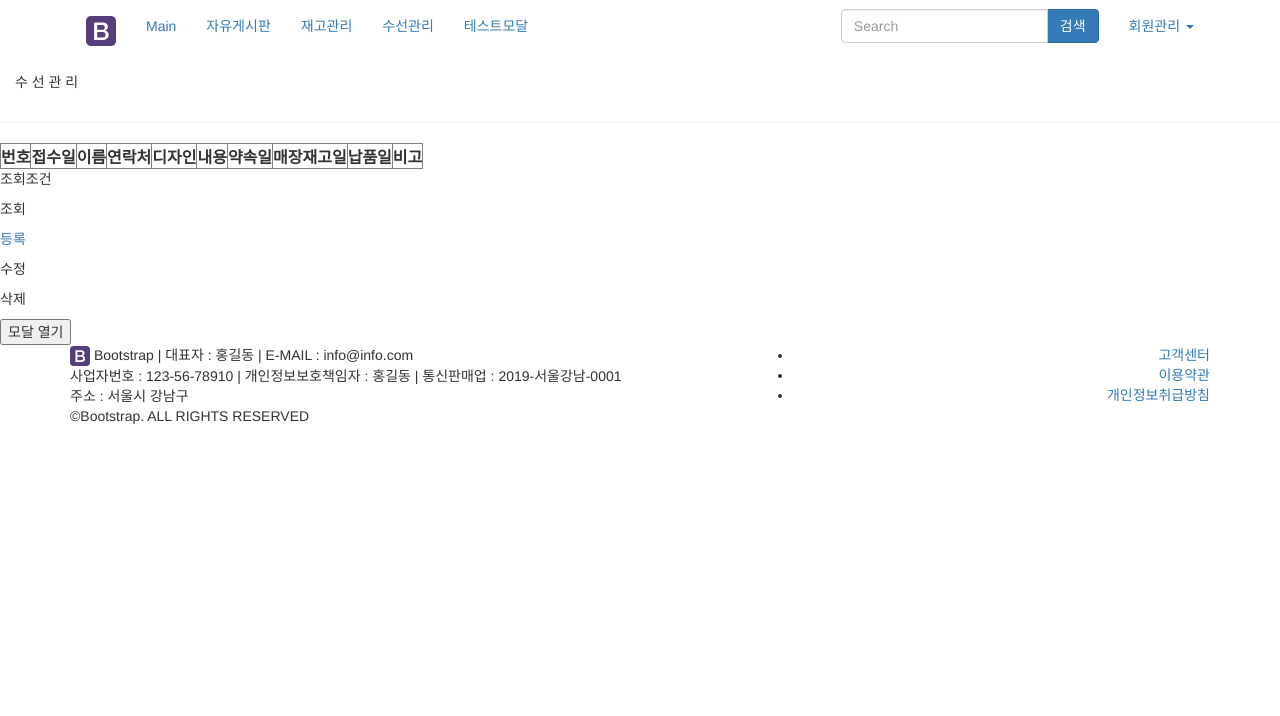
Repository: RattenLegs/Project_Inventory
Page: http://localhost/Project_Inventory/WEB-INF/views/repairboard/repairList.jsp
An editor plug-in stored every save of this project. The page is shown before and after the next save, followed by the edit.
The browser window is 1280 px wide. The pictures show the whole page.
Some web libraries are served in a nearby version. The page is served by Tomcat 9. Nobody is signed in. The template is opened directly, without the code that normally fills it, so the values that code supplies are empty.

Above is the page before, as saved 2023-02-10 15:55:32.

After the next save:
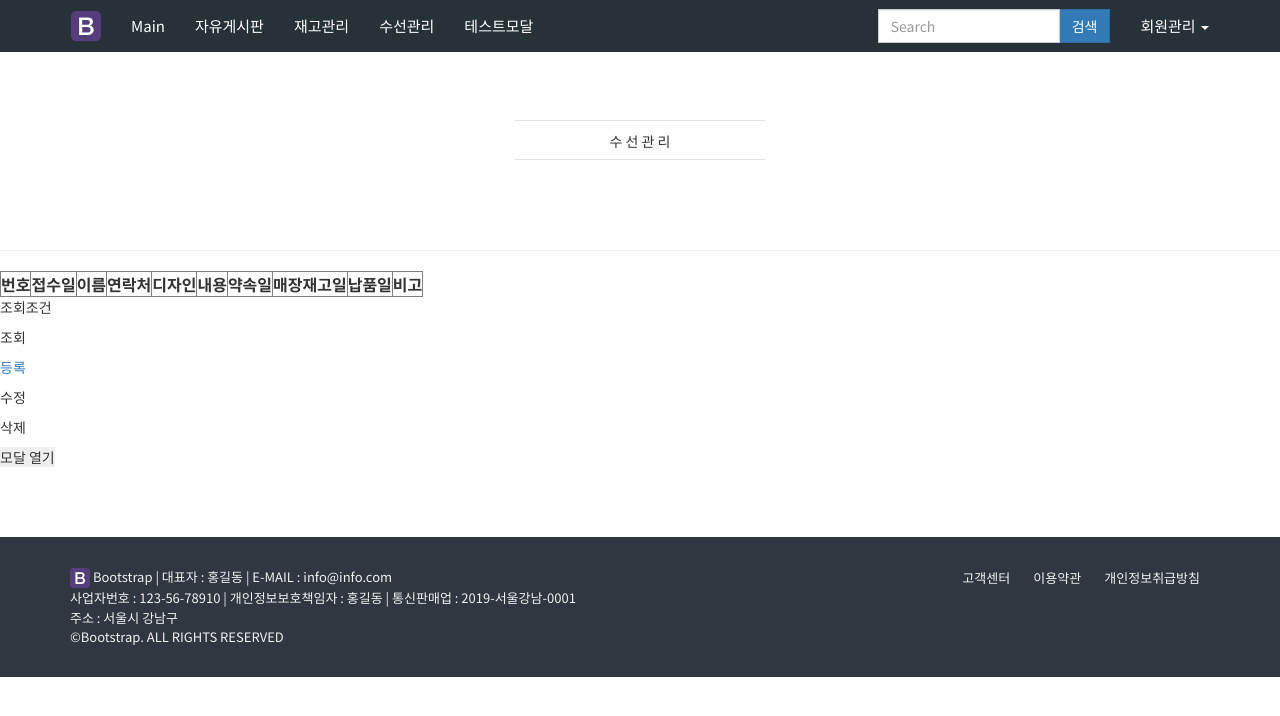
Saved 9 s later.
--- a/Project_Inventory/src/main/webapp/WEB-INF/views/include/header.jsp
+++ b/Project_Inventory/src/main/webapp/WEB-INF/views/include/header.jsp
@@ -21,8 +21,8 @@
 <script
 	src="https://ajax.googleapis.com/ajax/libs/jquery/1.11.2/jquery.min.js"></script>
 <!--개인 디자인 추가-->
-<%--  <link href="${pageContext.request.contextPath}/resources/css/style.css"
-	rel="stylesheet"> --%>
+ <link href="${pageContext.request.contextPath}/resources/css/style.css"
+	rel="stylesheet">
 <script
 	src="${pageContext.request.contextPath}/resources/js/bootstrap.js"></script>
 </head>

After the save that followed:
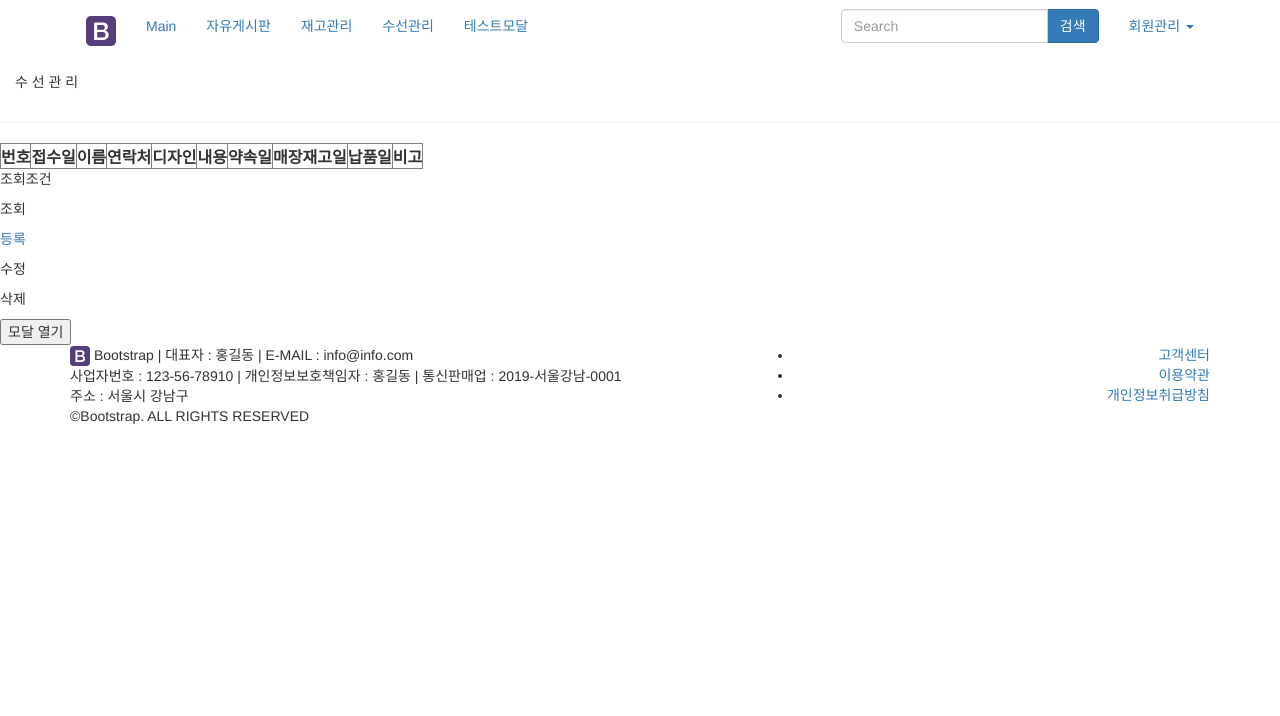
Saved 5 s later.
--- a/Project_Inventory/src/main/webapp/WEB-INF/views/include/header.jsp
+++ b/Project_Inventory/src/main/webapp/WEB-INF/views/include/header.jsp
@@ -21,8 +21,8 @@
 <script
 	src="https://ajax.googleapis.com/ajax/libs/jquery/1.11.2/jquery.min.js"></script>
 <!--개인 디자인 추가-->
- <link href="${pageContext.request.contextPath}/resources/css/style.css"
-	rel="stylesheet">
+<%--  <link href="${pageContext.request.contextPath}/resources/css/style.css"
+	rel="stylesheet"> --%>
 <script
 	src="${pageContext.request.contextPath}/resources/js/bootstrap.js"></script>
 </head>
